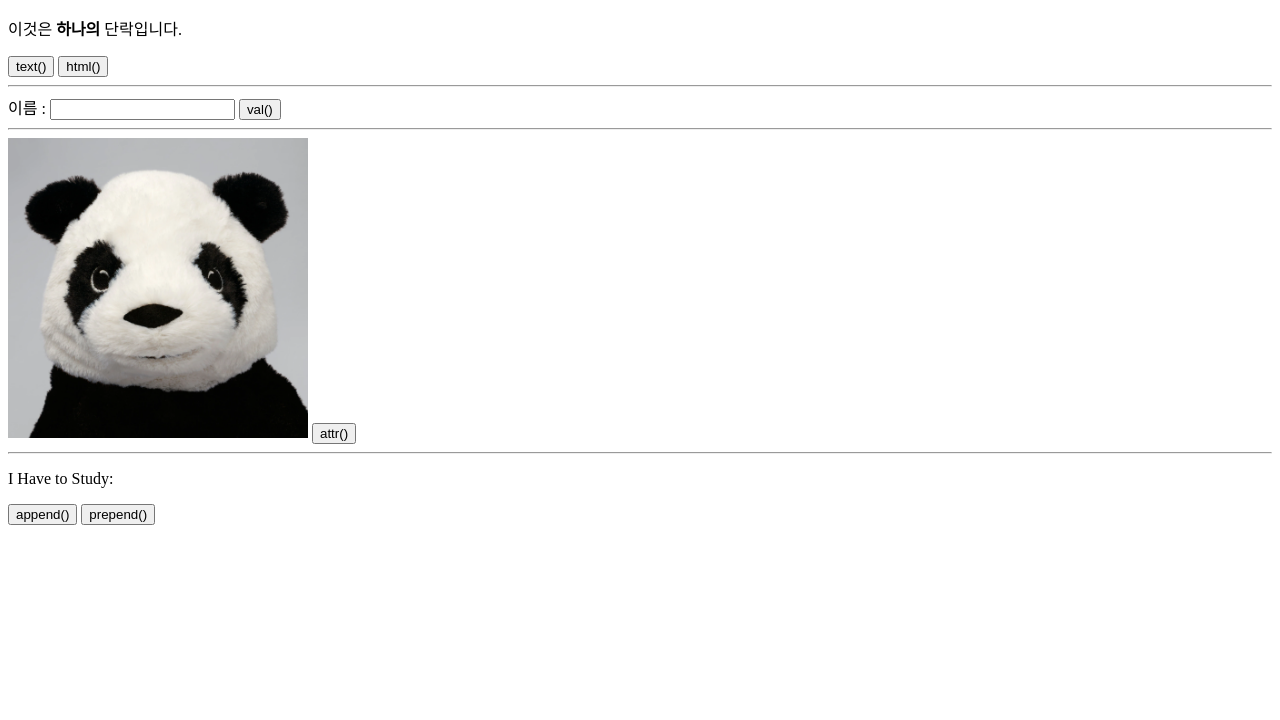
Repository: yujisu01/2021_504_java
Page: javascript_jquery/WebContent/jQuery_ex02.html
These files come from the project's save history. The page is drawn as it stood at one moment and after the next save; the edit follows.
The browser window is 1280 px wide. The pictures show the whole page.

Above is the page before, as saved 2021-04-15 05:15:19.

### javascript_jquery/WebContent/jQuery_ex02.html
<!DOCTYPE html>
<html>
<head>
<meta charset="UTF-8">
<title>Insert title here</title>
<script type="text/javascript" src="js/jQuery3.x/jquery-3.6.0.js"></script>
<script type="text/javascript">
	$().ready(function(){
		$("#text").click(function() {
			alert($("target").text());
		});
		$("#html").click(function() {
			alert($("target").html());
		});
		$("#val").click(function() {
			alert($("#irum").val());
			// 입력된값 가져옴
			console.log($("#irum").val());
		});
		$("#attr").click(function() {
			alert($("#chain_dog").attr("src"));
		});
		$("#button1").click(function() {
			// 태그처럼 인식을 할수있다.
			$("#append").append("<b style='color:red'>Yes sir zz</b>");
		});
		$("#button2").click(function() {
			$("#append").prepend("<b style='color:blue'>Yes sir zz</b>");
		});
	});
</script>
</head>
<body>
	<p id="target">이것은 <strong>하나의</strong> 단락입니다.</p>
	<button id="text">text()</button>
	<button id="html">html()</button>
	<hr>
	이름 : <input type="text" id="irum" >
	<button id="val">val()</button>
	<hr>
	<img id="chain_dog" alt="공부하는 강아지" src="images/image35.png"
	width="300px;" height="300px;">
	<button id="attr">attr()</button>
	<hr>
	<p id="append">I Have to Study:</p>
	<button id="button1">append()</button>
	<button id="button2">prepend()</button>
</body>
</html>

Loaded but not shown: javascript_jquery/WebContent/js/jQuery3.x/jquery-3.6.0.js (library)

After the next save:
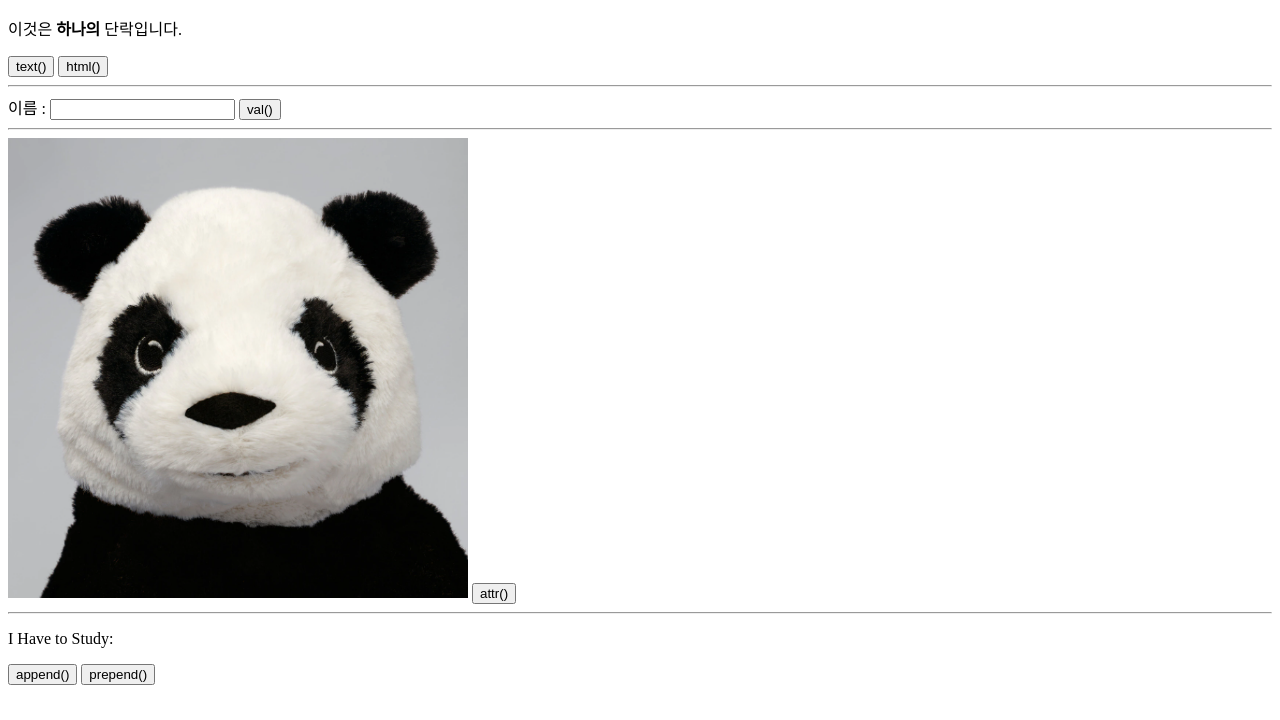
Saved 8 min 57 s later.
--- a/javascript_jquery/WebContent/jQuery_ex02.html
+++ b/javascript_jquery/WebContent/jQuery_ex02.html
@@ -39,7 +39,7 @@
 	<button id="val">val()</button>
 	<hr>
 	<img id="chain_dog" alt="공부하는 강아지" src="images/image35.png"
-	width="300px;" height="300px;">
+	width="460px;" height="460px;">
 	<button id="attr">attr()</button>
 	<hr>
 	<p id="append">I Have to Study:</p>
